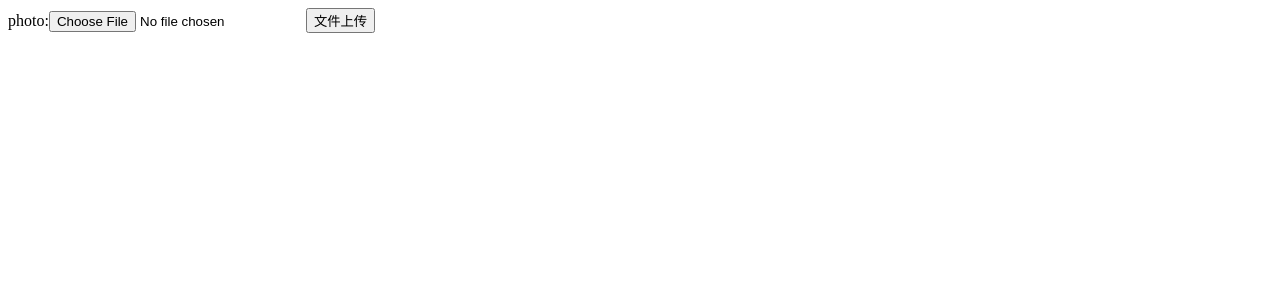
Repository: byuan98/study
Page: http://localhost/day097web/jsps/index3.jsp
The author's editor kept a copy of each file at every save. The page is drawn from the files as they stood at one save, then again after the next save.
The browser window is 1280 px wide. The pictures show the whole page.
The page is served by Tomcat 9. Other server files are loaded and not shown.

Above is the page before, as saved 2021-04-25 01:46:49.

### day097web/WebContent/jsps/index3.jsp
<%@ page language="java" contentType="text/html; charset=UTF-8" pageEncoding="UTF-8"%>
<%@ taglib prefix="core" uri="http://java.sun.com/jsp/jstl/core"%>
<!DOCTYPE html>
<html>
<head>
<meta charset="UTF-8">
<script type="text/javascript" src="<core:url value='/js/jquery-1.6.4.min.js'/>"></script>
<title>Insert title here</title>
</head>
<body>
    <form action="<core:url value='/test3/upload.action'/>" method="post" enctype="multipart/form-data">
        photo:<input type="file" name="photo"/>
        <input type="submit" value="文件上传"/>
    </form>
</body>
</html>

Loaded but not shown: day097web/WebContent/js/jquery-1.6.4.min.js (library)

After the next save:
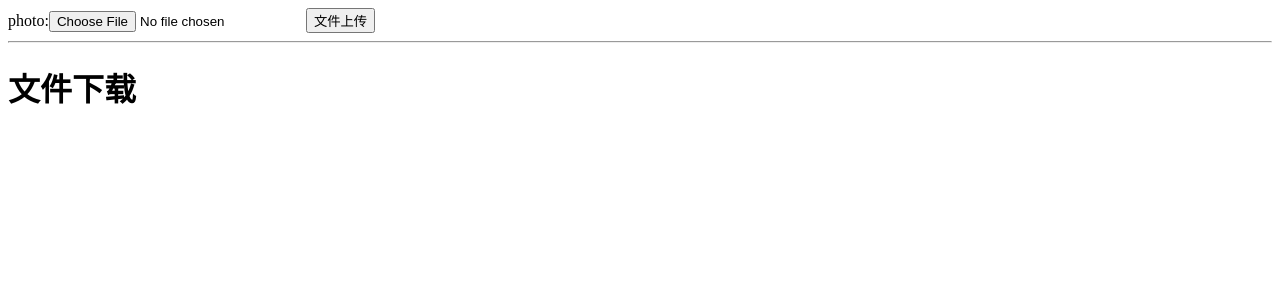
Saved 2 min 46 s later.
--- a/day097web/WebContent/jsps/index3.jsp
+++ b/day097web/WebContent/jsps/index3.jsp
@@ -12,5 +12,8 @@
         photo:<input type="file" name="photo"/>
         <input type="submit" value="文件上传"/>
     </form>
+    <hr/>
+    <h1>文件下载</h1>
+    <a href="<core:url value='/test3/download.action'/>"></a>
 </body>
 </html>
